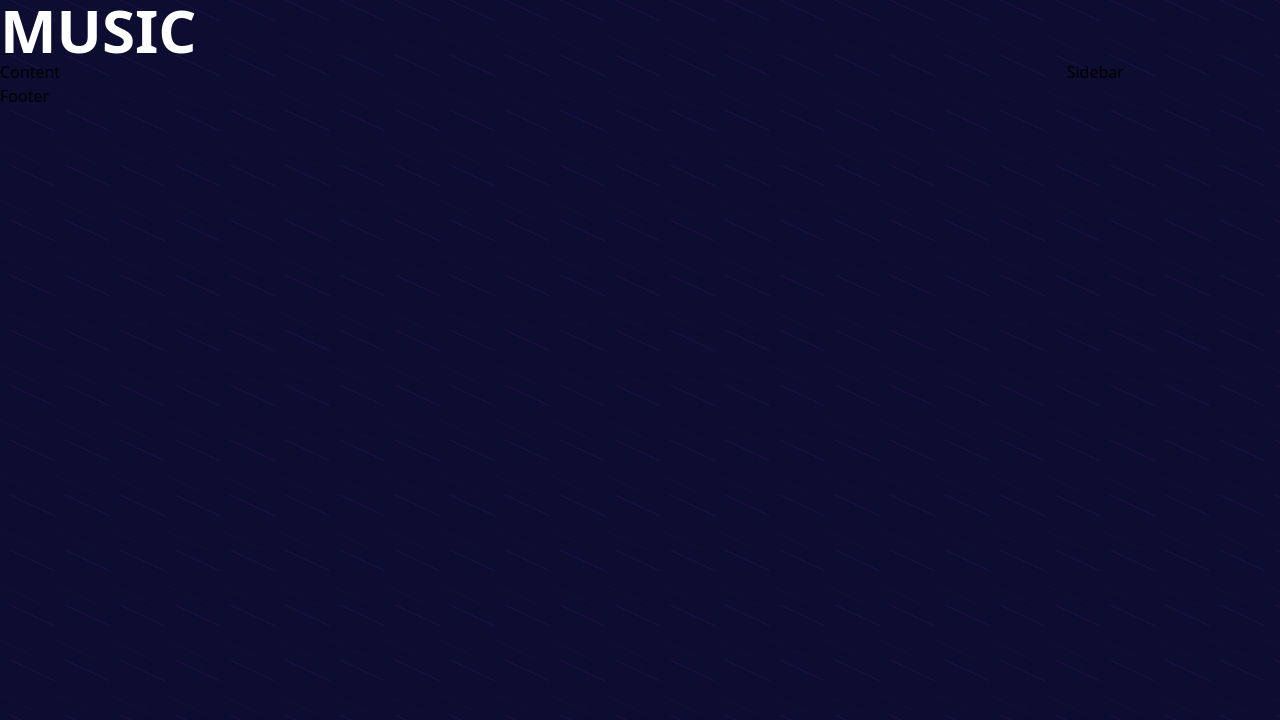
Repository: ItsMe-Pal/something
Page: index.html
The author's editor kept a copy of each file at every save. The page is drawn from the files as they stood at one save, then again after a run of saves.
The browser window is 1280 px wide. The pictures show the whole page.
The style sheet was rebuilt from its Sass, Less or Tailwind sources for each picture, by a compiler version that may differ from the author's.

Above is the page before, as saved 2025-06-22 18:37:48.

After the next 2 saves:
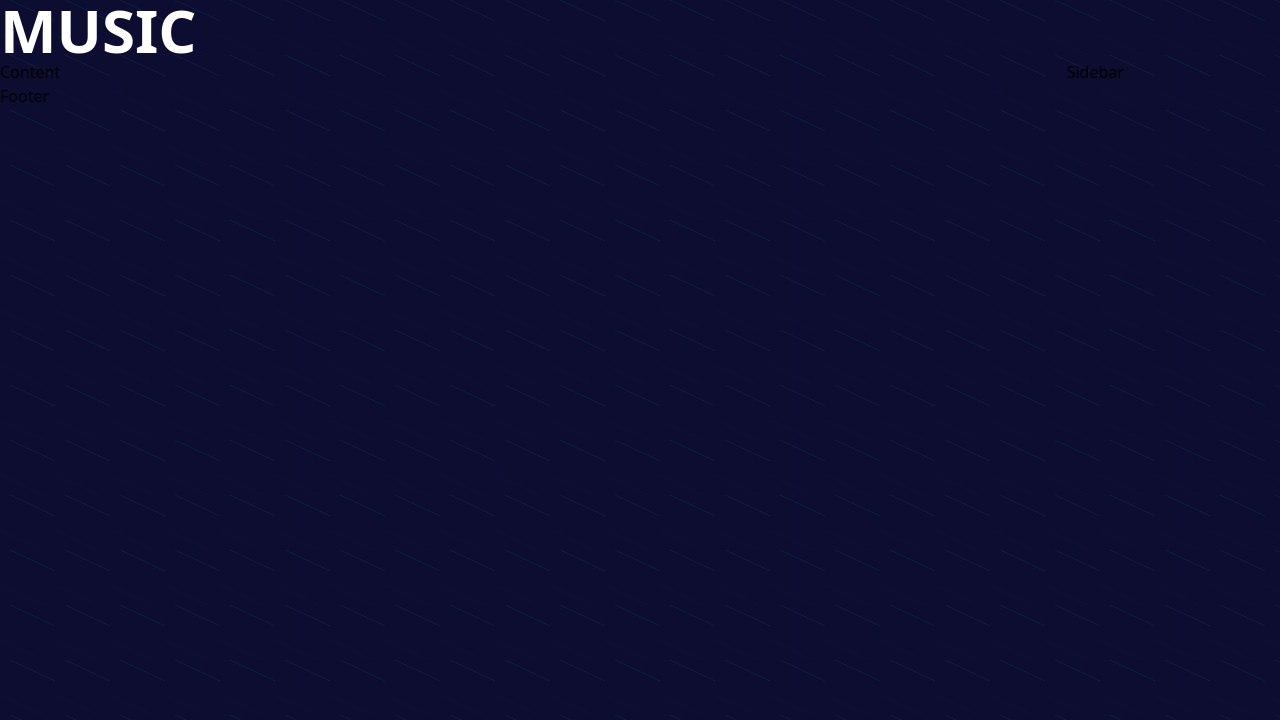
The 2 saves are shown as one change because they came seconds apart.
The last was saved 13 s later.
--- a/styles/main.scss
+++ b/styles/main.scss
@@ -7,7 +7,7 @@
     height: 100vh;
     --color: #001f3fe8;
     background-color: #001d33;
-    background-image: linear-gradient(205deg, transparent 24%, var(--color) 25%, #8817d0 26%, transparent 27%, transparent 74%, #003a56e8 75%, var(--color) 76%, transparent 77%, transparent), linear-gradient(90deg, transparent 24%, var(--color) 25%, #1b1a11e8 26%, transparent 27%, transparent 74%, #131213e8 75%, var(--color) 76%, transparent 77%, transparent);
+    background-image: linear-gradient(205deg, transparent 24%, var(--color) 25%, #0e7e87 26%, transparent 27%, transparent 74%, rgba(0, 58, 86, 0.9098039216) 75%, var(--color) 76%, transparent 77%, transparent), linear-gradient(90deg, transparent 24%, var(--color) 25%, rgba(27, 26, 17, 0.9098039216) 26%, transparent 27%, transparent 74%, rgba(19, 18, 19, 0.9098039216) 75%, var(--color) 76%, transparent 77%, transparent);
     background-size: 55px 55px;
   }
 #bg:before {
